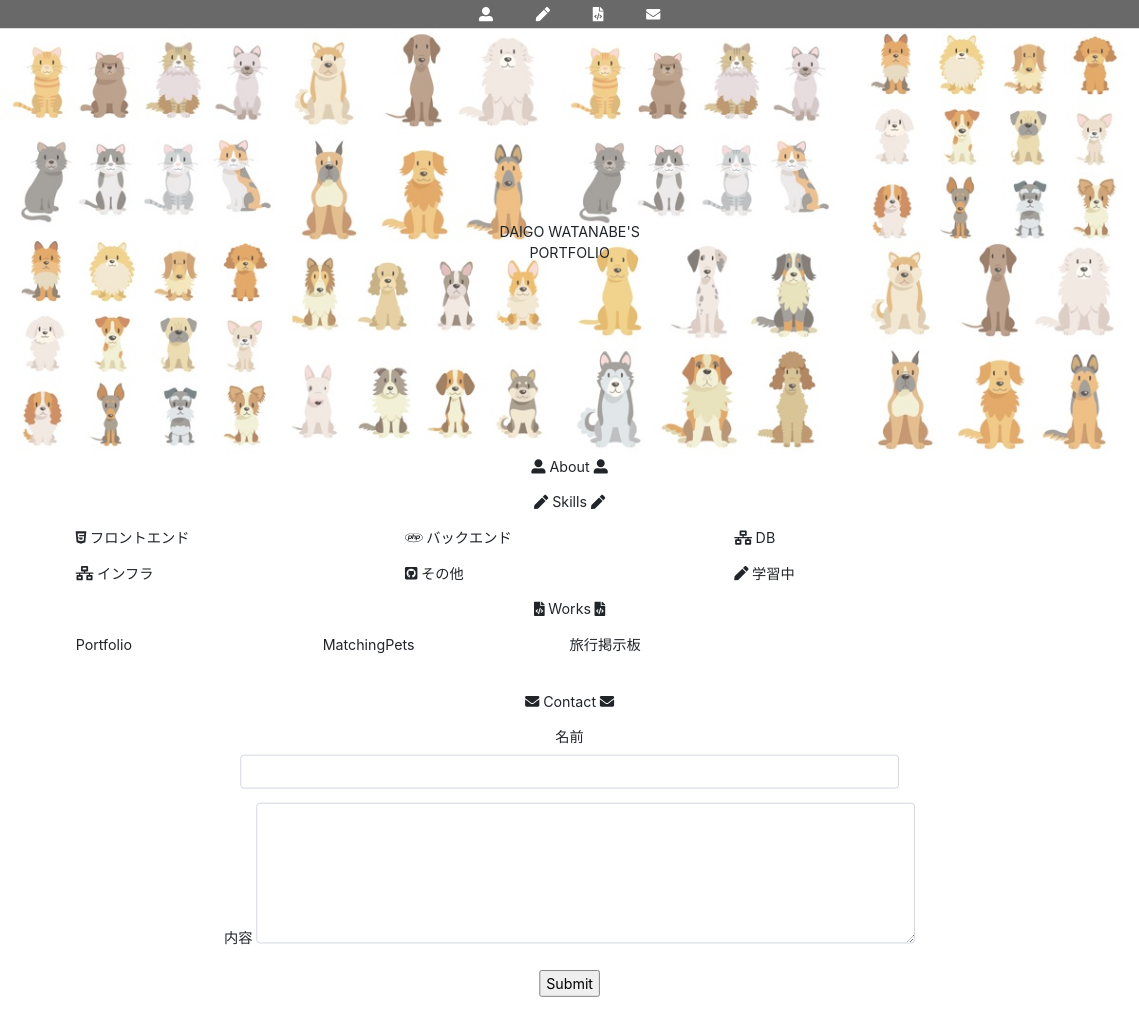
Repository: watanabedaigo/Portfolio
Page: index.html
The author's editor kept a record of every edit. The page is drawn from the files as they stood at one moment, then again after the next edit.
The browser window is 1280 px wide. The pictures show the whole page, at 89% of full size.
Some web libraries are served in a nearby version.

Above is the page before.

### index.html
<!DOCTYPE html>
<html lang="ja">
    <head>
        <meta charset="utf-8">
        <meta name="viewport" content="width=device-width, initial-scale=1, shrink-to-fit=no">
        <link rel="stylesheet"  href="css/main.css">
        <link rel="stylesheet" href="https://stackpath.bootstrapcdn.com/bootstrap/4.3.1/css/bootstrap.min.css">
        <link href="https://use.fontawesome.com/releases/v5.6.1/css/all.css" rel="stylesheet">
        <title>DAIGO WATANABE'S PORTFOLIO</title>
    </head>
    <body>
        <!--ヘッダー-->
        <header>
            <div class="d-flex justify-content-center align-items-center" style="background-color:dimgray; height:2rem;">
                <!--自己紹介アイコン-->
                <span class="mr-4"><i class="fas fa-user-alt" style="color:white;"></i></span>
                <!--技術アイコン-->
                <span class="mr-4 ml-4"><i class="fas fa-pen" style="color:white;"></i></span>
                <!--作成物アイコン-->
                <span class="mr-4 ml-4"><i class="fas fa-file-code" style="color:white;"></i></span>
                <!--お問い合わせアイコン-->
                <span class="ml-4"><i class="fas fa-envelope" style="color:white;"></i></span>
            </div>
        </header>

        <!--トップ写真-->
        <div style="position:relative;">
            <!--写真-->
            <img src="img/top-img.jpg" class="w-100"></img>
            <!--タイトル-->
            <p class="d-inline-block text-center m-auto"  style="position:absolute; top: 50%; left: 50%; transform: translateY(-50%) translateX(-50%); -webkit-transform: translateY(-50%) translateX(-50%);">DAIGO WATANABE'S<br>PORTFOLIO</p>
        </div>

        <!--コンテンツ-->
        <div class="container mx-auto">
            <!--自己紹介-->
            <div>
                <p class="text-center"><i class="fas fa-user-alt mr-1"></i>About<i class="fas fa-user-alt ml-1"></i></p>
                <div>
                    <!--写真と一言-->
                    <div>
                    </div>
                    <!--自己紹介文-->
                    <div>
                    </div>
                </div>
            </div>

            <!--技術-->
            <div>
                <p class="text-center"><i class="fas fa-pen mr-1"></i>Skills<i class="fas fa-pen ml-1"></i></p>
                <div class="row no-gutters">
                    <!--フロントエンド-->
                    <div class="col-md-4 col-12">
                        <p><i class="fab fa-html5 mr-1"></i>フロントエンド</p>
                        <!--詳細-->
                        <div>
                        </div>
                    </div>
                    <!--バックエンド-->
                    <div class="col-md-4 col-12">
                        <p><i class="fab fa-php mr-1"></i>バックエンド</p>
                        <!--詳細-->
                        <div>
                        </div>
                    </div>
                    <!--DB-->
                    <div class="col-md-4 col-12">
                        <p><i class="fas fa-network-wired mr-1"></i>DB</p>
                        <!--詳細-->
                        <div>
                        </div>
                    </div>
                    <!--インフラ-->
                    <div class="col-md-4 col-12">
                        <p><i class="fas fa-network-wired mr-1"></i>インフラ</p>
                        <!--詳細-->
                        <div>
                        </div>
                    </div>
                    <!--その他-->
                    <div class="col-md-4 col-12">
                        <p><i class="fab fa-github-square mr-1"></i>その他</p>
                        <!--詳細-->
                        <div>
                        </div>
                    </div>
                    <!--今後学習したいもの-->
                    <div class="col-md-4 col-12">
                        <p><i class="fas fa-pen mr-1 mr-1"></i>学習中</p>
                        <!--詳細-->
                        <div>
                        </div>
                    </div>
                </div>
            </div>

            <!--作成物-->
            <div>
                <p class="text-center"><i class="fas fa-file-code mr-1"></i>Works<i class="fas fa-file-code ml-1"></i></p>
                <div class="row no-gutters">
                    <!--ポートフォリオ-->
                    <div class="col-md-3 col-6">
                        <p>Portfolio</p>
                        <img src=""></img>
                        <!--詳細-->
                        <div>
                        </div>
                    </div>
                    <!--MatchingPets-->
                    <div class="col-md-3 col-6">
                        <p>MatchingPets</p>
                        <img src=""></img>
                        <!--詳細-->
                        <div>
                        </div>
                    </div>
                    <!--TravelMemories-->
                    <div class="col-md-3 col-6">
                        <p>旅行掲示板</p>
                        <img src=""></img>
                        <!--詳細-->
                        <div>
                        </div>
                    </div>
                </div>
            </div>

            <!--お問い合わせ-->
            <div class="text-center">
                <p><i class="fas fa-envelope mr-1"></i>Contact<i class="fas fa-envelope ml-1"></i></p>
                <div>
                    <!--フォーム-->
                    <form>
                        <!--氏名-->
                        <div class="form-group">
                            <label for="name">名前</label>
                            <input type="text" name="name" id="name" class="form-control col-md-8 col-12 mx-auto">
                        </div>
                        <!--問い合わせ内容-->
                        <div class="form-group">
                            <label for="content">内容</label>
                            <textarea name="content" id="content" rows="6" class="form-control d-inline-block col-md-8 col-12"></textarea>
                        </div>
                        <!--送信ボタン-->
                        <input type="submit" value="Submit"/>
                    </form>
                </div>
            </div>
        </div>

        <!--フッター-->
        <div>
            <!--copyright-->
            <p></p>
        </div>

        <script src="https://code.jquery.com/jquery-3.4.1.min.js"></script>
        <script src="js/main.js"></script>
        <script src="https://stackpath.bootstrapcdn.com/bootstrap/4.2.1/js/bootstrap.min.js"></script>
        <script src="https://use.fontawesome.com/releases/v5.7.2/js/all.js"></script>
    </body>
</html>

### css/main.css
.header {
    background-color:dimgray;
    height:2rem;
    color:white;
}

.footer {
    background-color:dimgray;
    height:2rem;
    color:white;
}

.title {
    position:absolute;
    top:50%;
    left:50%;
    transform:translateY(-50%) translateX(-50%);
    -webkit-transform:translateY(-50%) translateX(-50%);
}

Loaded but not shown: js/main.js (no copy from this time; the picture is the same without it)

After the next edit:
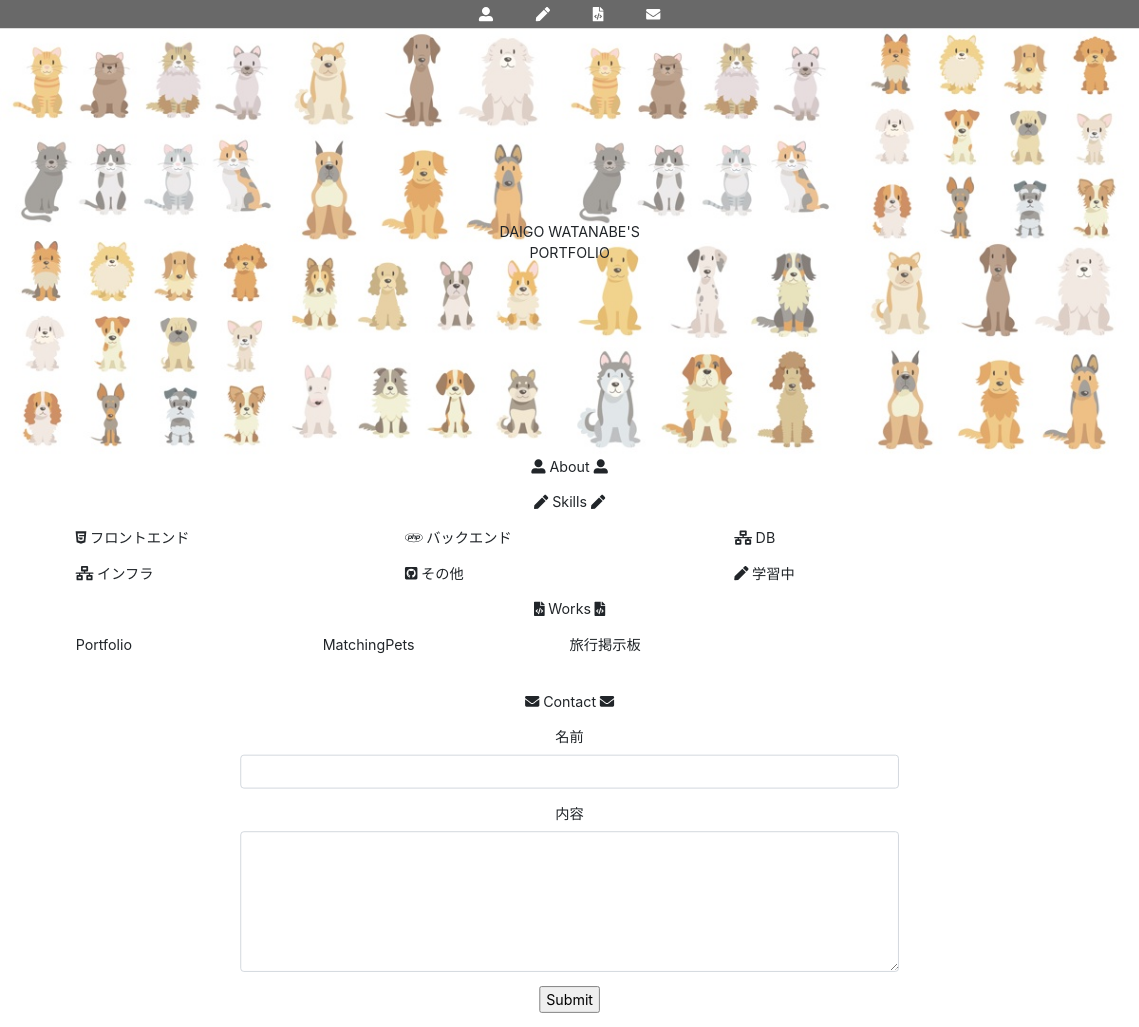
The edit:
--- a/index.html
+++ b/index.html
@@ -140,7 +140,7 @@
                         <!--問い合わせ内容-->
                         <div class="form-group">
                             <label for="content">内容</label>
-                            <textarea name="content" id="content" rows="6" class="form-control d-inline-block col-md-8 col-12"></textarea>
+                            <textarea name="content" id="content" rows="6" class="form-control col-md-8 col-12 mx-auto"></textarea>
                         </div>
                         <!--送信ボタン-->
                         <input type="submit" value="Submit"/>
